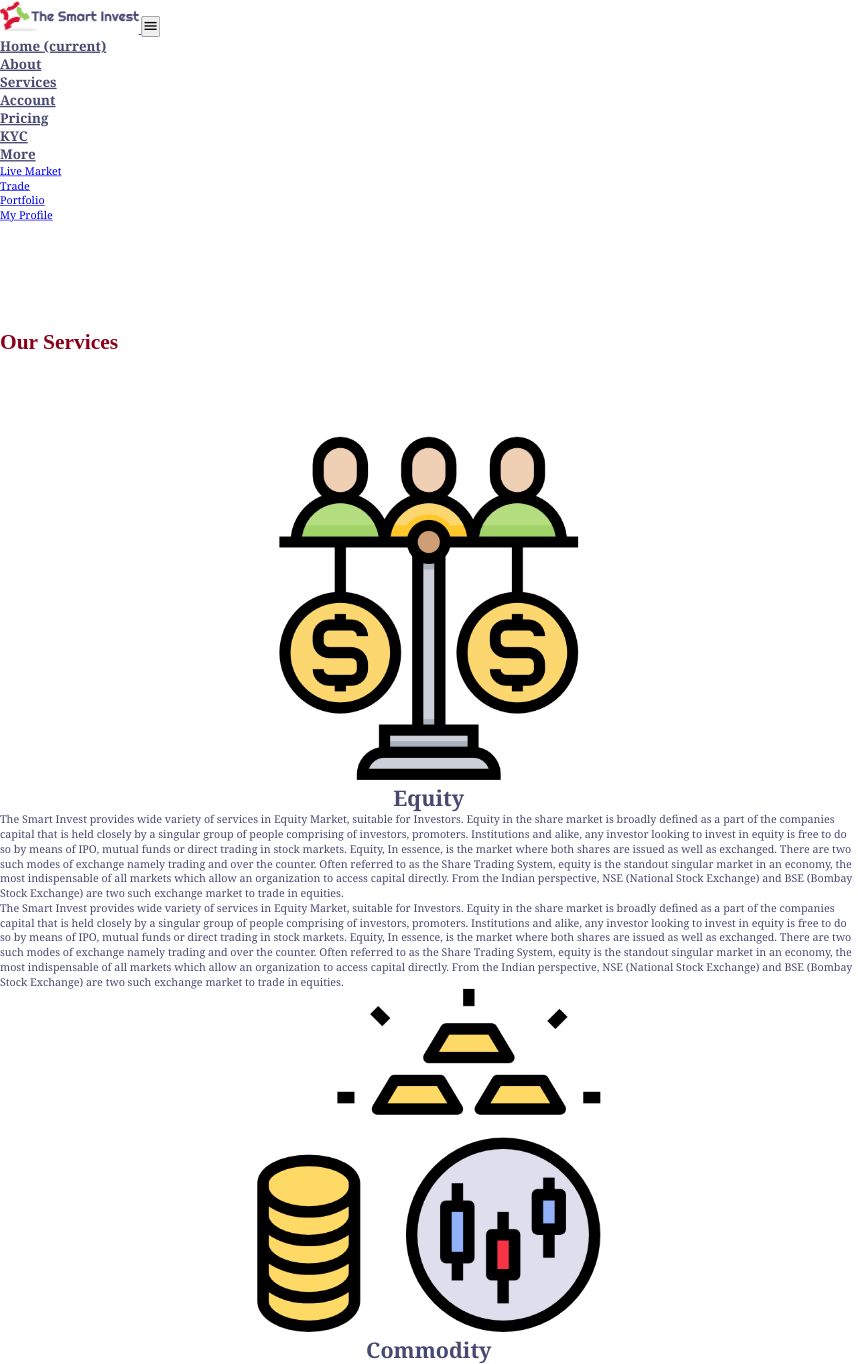
Repository: Demonster1999/Invest-Mart-new
Page: services.html
An editor plug-in stored every save of this project. The page is shown before and after the next save, followed by the edit.
The browser window is 1280 px wide. The pictures show the whole page, at 67% of full size.
Some web libraries are served in a nearby version.

Above is the page before, as saved 2020-05-01 21:42:05.
Console error: TypeError: Failed to execute 'addEventListener' on 'EventTarget': parameter 2 is not of type 'Object'.

### services.html
<!doctype html>
<html lang="en">

<head>
  <!-- Required meta tags -->
  <meta charset="utf-8">
  <meta name="viewport" content="width=device-width, initial-scale=1, shrink-to-fit=no">

  <!-- Material Design for Bootstrap fonts and icons -->
  <link rel="stylesheet" href="https://fonts.googleapis.com/css?family=Roboto:300,400,500,700|Material+Icons">

  <!-- Material Design for Bootstrap CSS -->
  <link rel="stylesheet"
    href="https://unpkg.com/bootstrap-material-design@4.1.1/dist/css/bootstrap-material-design.min.css"
    integrity="sha384-wXznGJNEXNG1NFsbm0ugrLFMQPWswR3lds2VeinahP8N0zJw9VWSopbjv2x7WCvX" crossorigin="anonymous">

    <link rel="stylesheet" href="static/css/custom.css">
  <title>Services: Invest-Smart</title>
</head>

<body style="color:#484971 ; font-family :Georgia, 'Times New Roman', Times, serif ;" onload="window.addEventListener('load', fadeEffect);">
  <!-- preloader start -->
<div class="preloader" style="opacity: 1;">
  <img src="static/imgs/preloaderspin.svg" class="filler-green" alt="spinner">
</div>
  <!-- preloader end  -->

  <!-- nav start -->

  <nav class="navbar navbar-expand-lg fixed-top   text-center   ">
     <a class="navbar-brand" href="#">
       <img src="static/imgs/smartlogo.png"  height = "50"
         class="d-inline-block align-top" alt="">

     </a>
  <button class="navbar-toggler" type="button" data-toggle="collapse" data-target="#navbarSupportedContent"
    aria-controls="navbarSupportedContent" aria-expanded="false" aria-label="Toggle navigation">
    <span class="navbar-toggler-icon material-icons">menu</span>
  </button>

    <div class="collapse navbar-collapse justify-content-end  " id="navbarSupportedContent">
      <ul class="navbar-nav ">
        <li class="nav-item active mx-2 p-2">
          <a class="nav-link2" href="index.html">Home <span class="sr-only">(current)</span></a>
        </li>

        <li class="nav-item mx-2  p-2">
          <a href="About.html" class="nav-link2">About</a>
        </li>
        <li class="nav-item mx-2 p-2"><a href="services.html" class="nav-link2 ">Services</a></li>
        <li class="nav-item mx-2 p-2"><a href="Account.html" class="nav-link2">Account</a></li>
        <li class="nav-item mx-2 p-2"><a href="pricing.html" class="nav-link2">Pricing</a> </li>
        <li class="nav-item mx-2 p-2">
          <a class="nav-link2 " href="kyc.html">KYC</a>
        </li>
        <li class="nav-item mx-2 p-2 dropdown">
          <a class="nav-link2 dropdown-toggle" href="#" id="navbarDropdown" role="button" data-toggle="dropdown"
            aria-haspopup="true" aria-expanded="false">
            More
          </a>
          <div class="dropdown-menu" style= "background-color : rgba(255,255,255,0.45)" aria-labelledby="navbarDropdown">
            <a class="dropdown-item" href="#">Live Market</a>
            <div class="dropdown-divider"></div>
            <a class="dropdown-item" href="#">Trade</a>
            <div class="dropdown-divider"></div>
            <a class="dropdown-item" href="#">Portfolio</a>
            <div class="dropdown-divider"></div>
            <a class="dropdown-item" href="#">My Profile</a>
          </div>
        </li>

      </ul>

    </div>
  </nav>

  <!--  services Banner  -->

  <div class="top-wrapper p-5 text-center ">

    <h1 >
      Our Services
    </h1>

  </div>

  <!-- services Provided
   -->
   <div class="services container-fluid pt-5 mt-5">
     <div class="row">
      <div class="col-md-6">
       <center>
        <img src="static/imgs/icons/equity.png" class="img-fluid m-2 p-2" width="40%" alt="">
        <h1 class=" p-2 m-2"> Equity </h1>
       </center>


       </div>
       <div class="col-md-6 p-5">
<p class="p-2 m-2 blockquote">
  The Smart Invest provides wide variety of services in Equity Market, suitable for Investors. Equity in the share
  market
  is broadly defined as a part of the companies capital that is held closely by a singular group of people comprising
  of
  investors, promoters. Institutions and alike, any investor looking to invest in equity is free to do so by means of
  IPO,
  mutual funds or direct trading in stock markets. Equity, In essence, is the market where both shares are issued as
  well
  as exchanged. There are two such modes of exchange namely trading and over the counter. Often referred to as the Share
  Trading System, equity is the standout singular market in an economy, the most indispensable of all markets which
  allow
  an organization to access capital directly. From the Indian perspective, NSE (National Stock Exchange) and BSE (Bombay
  Stock Exchange) are two such exchange market to trade in equities.
</p>
       </div>


     </div>
   </div>
      <div class="services container-fluid pt-5 mt-5" style="background-color: #fff;">
        <div class="row">

          <div class="col-md-6 p-5">
            <p class="p-2 m-2 blockquote">
              The Smart Invest provides wide variety of services in Equity Market, suitable for Investors. Equity in the share
              market
              is broadly defined as a part of the companies capital that is held closely by a singular group of people
              comprising
              of
              investors, promoters. Institutions and alike, any investor looking to invest in equity is free to do so by means
              of
              IPO,
              mutual funds or direct trading in stock markets. Equity, In essence, is the market where both shares are issued
              as
              well
              as exchanged. There are two such modes of exchange namely trading and over the counter. Often referred to as the
              Share
              Trading System, equity is the standout singular market in an economy, the most indispensable of all markets
              which
              allow
              an organization to access capital directly. From the Indian perspective, NSE (National Stock Exchange) and BSE
              (Bombay
              Stock Exchange) are two such exchange market to trade in equities.
            </p>
          </div>
              <div class="col-md-6">
                <center>
                  <img src="static/imgs/icons/stock.png" class="img-fluid m-2 p-2" width="40%" alt="">
                  <h1 class=" p-2 m-2"> Commodity </h1>
                </center>


              </div>

        </div>
      </div>






    <script src="https://code.jquery.com/jquery-3.2.1.slim.min.js"
    integrity="sha384-KJ3o2DKtIkvYIK3UENzmM7KCkRr/rE9/Qpg6aAZGJwFDMVNA/GpGFF93hXpG5KkN"
    crossorigin="anonymous"></script>
  <script src="https://unpkg.com/popper.js@1.12.6/dist/umd/popper.js"
    integrity="sha384-fA23ZRQ3G/J53mElWqVJEGJzU0sTs+SvzG8fXVWP+kJQ1lwFAOkcUOysnlKJC33U"
    crossorigin="anonymous"></script>
  <script src="https://unpkg.com/bootstrap-material-design@4.1.1/dist/js/bootstrap-material-design.js"
    integrity="sha384-CauSuKpEqAFajSpkdjv3z9t8E7RlpJ1UP0lKM/+NdtSarroVKu069AlsRPKkFBz9"
    crossorigin="anonymous"></script>
  <script>$(document).ready(function () { $('body').bootstrapMaterialDesign(); });</script>
  <script>
    const preloader = document.querySelector('.preloader');
    const fadeEffect = setInterval(() => {
      // if we don't set opacity 1 in CSS, then
      // it will be equaled to "" -- that's why
      // we check it, and if so, set opacity to 1
      if (!preloader.style.opacity) {
        preloader.style.opacity = 1;
      }
      if (preloader.style.opacity > 0) {
        preloader.style.opacity -= 0.1;
        preloader.classList.add("loaded");
      } else {
        clearInterval(fadeEffect);
      }

    }, 100);



  </script>
</body>

</html>

### static/css/custom.css
* {
  margin: 0;
  padding: 0;
}

.overlay {
  position: fixed;
  top: 0;
  left: 0;
  width: 100%;
  height: 100%;
  z-index: 1000;
}

html,
body {
  height: 100%;
}

body::-webkit-scrollbar {
  width: 0;

}
/* Nav Style  */
.navbar{
  background-color: rgba(255,255,255,0.45);
}

a.nav-link2{
  font-weight: bolder;
  font-size: 20px;
  color:#484971;

  width:5%;
  transition: .5s;
}
 a.nav-link2:hover{
 color: hsl(351, 69%, 58%);
  font-weight: 900;
   font-size: 25px;

 width:100%;

}
.nav-item a.nav-link:active {
   color: hsl(351, 69%, 58%);
   font-weight: 900;
   font-size: 25px;
   border-bottom: solid #de4a61;
   width: 100%;

 }

 /* nav Styles End  */

/* Picture Caption Hover Effect  */
.container2 {
  position: relative;
  width: 50%;
}

.image {
  display: block;
  width: 100%;
  height: auto;
}

.overlay {
  position: absolute;
  bottom: 0;
  left: 0;
  right: 0;
  background-color: #fff;
  overflow: hidden;
  width: 100%;
  height: 0;
  transition: .5s ease;
}

.container2:hover .overlay {
  height: 100%;
}

.text {
  color: #484971;
  font-size: 15px;
  font-weight: bold;
  position: absolute;
  top: 50%;
  left: 50%;
  -webkit-transform: translate(-50%, -50%);
  -ms-transform: translate(-50%, -50%);
  transform: translate(-50%, -50%);
  text-align: justify;
}
/* Picture Caption hover Effect end  */

.carousel-inner {
  width: 100%;


}

/* main page Carousel */
.carousel-item img {
  opacity: 0.2;
  width: 100%;
  height : 640px;
  object-fit: cover;
}

/* carosel Caption for main page  */
.carousel-caption {
  position : absolute;
  text-align: center;
  top : 30%;
  position:absolute;
  z-index: 30px;

}

/* Position of Join us button and hover */
.pos {
  position: absolute;
  z-index: 60px;
  bottom : 0;
  right: 0;
  font-size: 25px;

}
.pos:hover{
     border: 1px solid #888;
    }


    /* preloader effect */
.preloader {
  align-items: center;
  background: #fff;
  display: flex;
  height: 100vh;
  justify-content: center;
  left: 0;
  position: fixed;
  top: 0;
  transition: opacity 0.3s linear;
  width: 100%;
  z-index: 9999;
  opacity: 1;
  transform: opacity 1s linear;


}
 .filter-green {
   fill: red;

 }
.preloader.loaded {

  display: none;
}

    /* preloader  */


    /* Top wrapper  */
.top-wrapper{
 width : 100%;
 height : 320px;
  background-color: #fff;

}
.top-wrapper h1{
  position: relative;
  color: #8C001A;
  top : 50%;
  filter: blur(1px);
  font-family: cursive;
}

.ourteam{
width:100%;
filter: blur(2px);
opacity: 0.5;

}

.ourteam-text2 {

  color: #484971;
  font-size: 20px;
  font-weight: 500;
  text-align: justify;
  font-family: Cambria,
    Cochin,
    Georgia,
    Times,
    'Times New Roman',
    serif;
}

.ourteam + h1{
  position: absolute;
  top: 40%;
  left : 20%;
  text-align: center;
  color: #8C001A;
  border-bottom: 5px #97cc5e solid;
  border-top: 5px #97cc5e solid;

}


.ourteam-text{

color:#484971;
font-size: 20px ;
font-weight: 500;
text-align: justify;
font-family: Cambria,
Cochin,
Georgia,
Times,
'Times New Roman',
serif;
}


.employee
{
 width: 100%;
 height : 640px;
 filter: drop-shadow(3px);

}

.employee + h1 {
  position: absolute;
  top: 50%;
  color: #fff;

}
@media only screen and (min-width: 768px){


.ourteam + h1 {
  position: absolute;
  top: 40%;
  left: 25%;
  text-align: center;
  font-size: 100px;
  font-family: cursive;
  z-index: 10px;

}

.ourteam-text {

  position: relative;
  top : 25%;
  font-size: xx-large;
}




}

After the next save:
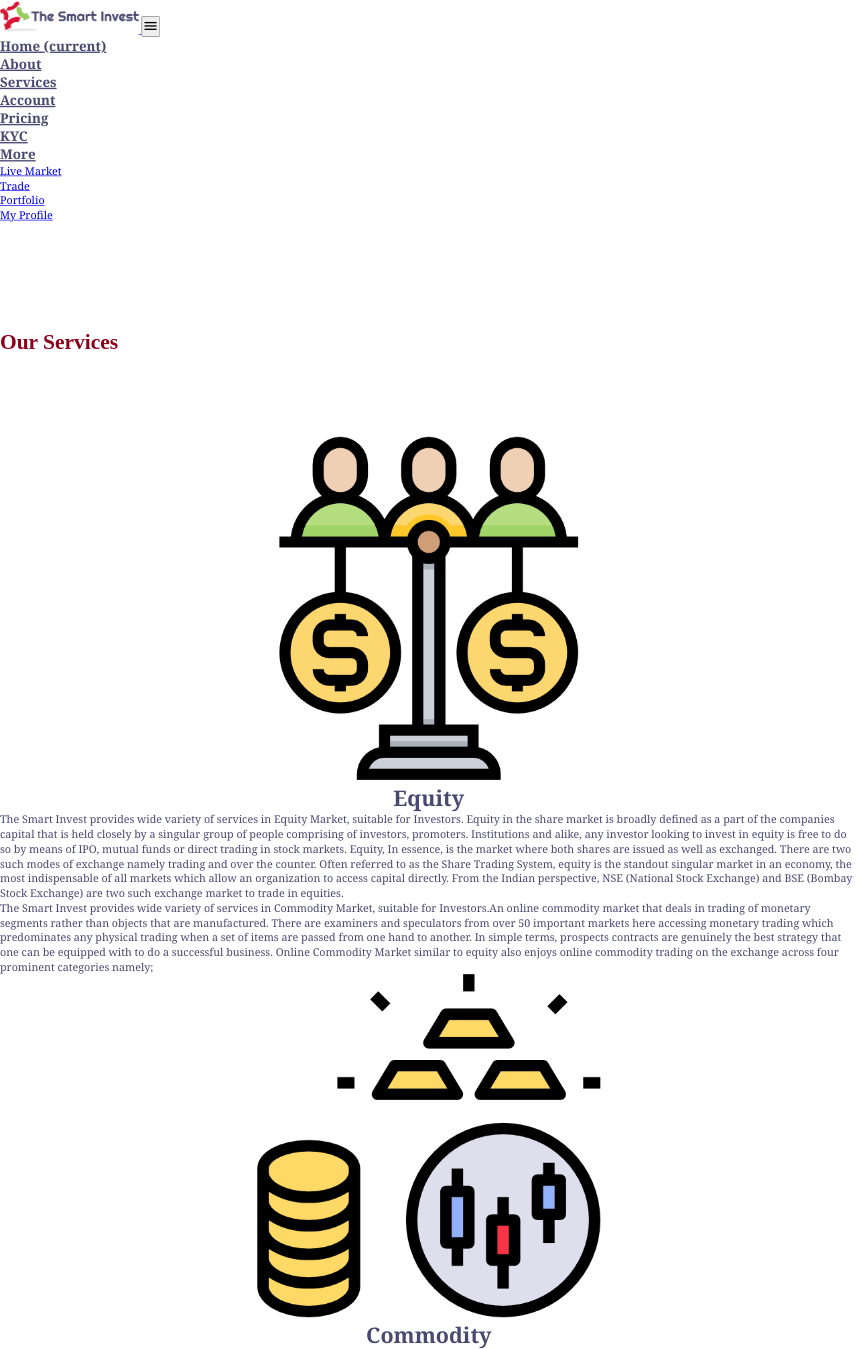
Saved 25 s later.
--- a/services.html
+++ b/services.html
@@ -122,25 +122,12 @@
 
           <div class="col-md-6 p-5">
             <p class="p-2 m-2 blockquote">
-              The Smart Invest provides wide variety of services in Equity Market, suitable for Investors. Equity in the share
-              market
-              is broadly defined as a part of the companies capital that is held closely by a singular group of people
-              comprising
-              of
-              investors, promoters. Institutions and alike, any investor looking to invest in equity is free to do so by means
-              of
-              IPO,
-              mutual funds or direct trading in stock markets. Equity, In essence, is the market where both shares are issued
-              as
-              well
-              as exchanged. There are two such modes of exchange namely trading and over the counter. Often referred to as the
-              Share
-              Trading System, equity is the standout singular market in an economy, the most indispensable of all markets
-              which
-              allow
-              an organization to access capital directly. From the Indian perspective, NSE (National Stock Exchange) and BSE
-              (Bombay
-              Stock Exchange) are two such exchange market to trade in equities.
+              The Smart Invest provides wide variety of services in Commodity Market, suitable for Investors.An online commodity
+              market that deals in trading of monetary segments rather than objects that are manufactured. There are examiners and
+              speculators from over 50 important markets here accessing monetary trading which predominates any physical trading when
+              a set of items are passed from one hand to another. In simple terms, prospects contracts are genuinely the best strategy
+              that one can be equipped with to do a successful business. Online Commodity Market similar to equity also enjoys online
+              commodity trading on the exchange across four prominent categories namely;
             </p>
           </div>
               <div class="col-md-6">
